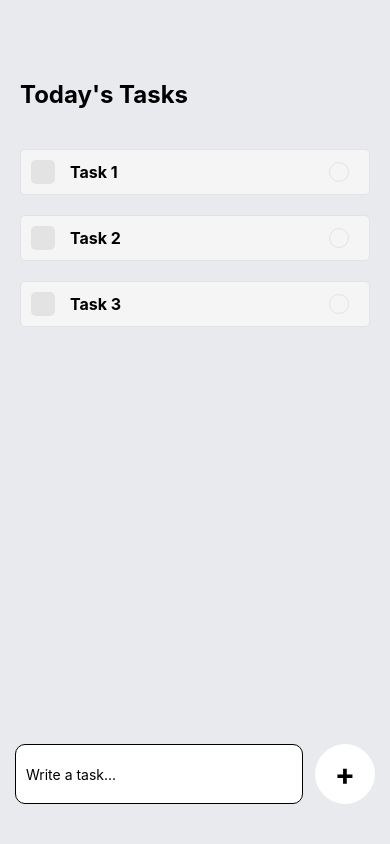
Repository: lomelo-x/ToDo-App
Screen: /
These files come from the project's save history. The screen is drawn as it stood at one moment and after the next save; the edit follows.
The app was drawn by React Native's web renderer in a window 390 px wide. The project was rebuilt for these pictures with package versions that can differ from the ones it lists, and the page was loaded fresh each time.

Above is the screen before, as saved 2022-06-17 21:35:57.

After the next save:
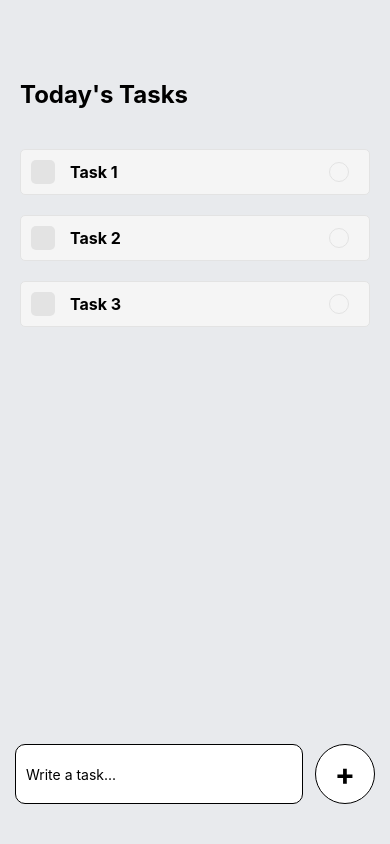
Saved 9 s later.
--- a/App.js
+++ b/App.js
@@ -69,7 +69,6 @@ addTaskButton: {
 		backgroundColor: '#fff',
 		borderRadius: 50,
 		borderWidth: 1,
-		borderColor: '#fff',
 		marginBottom: 20,
 		width: 60,
 		height: 60,
